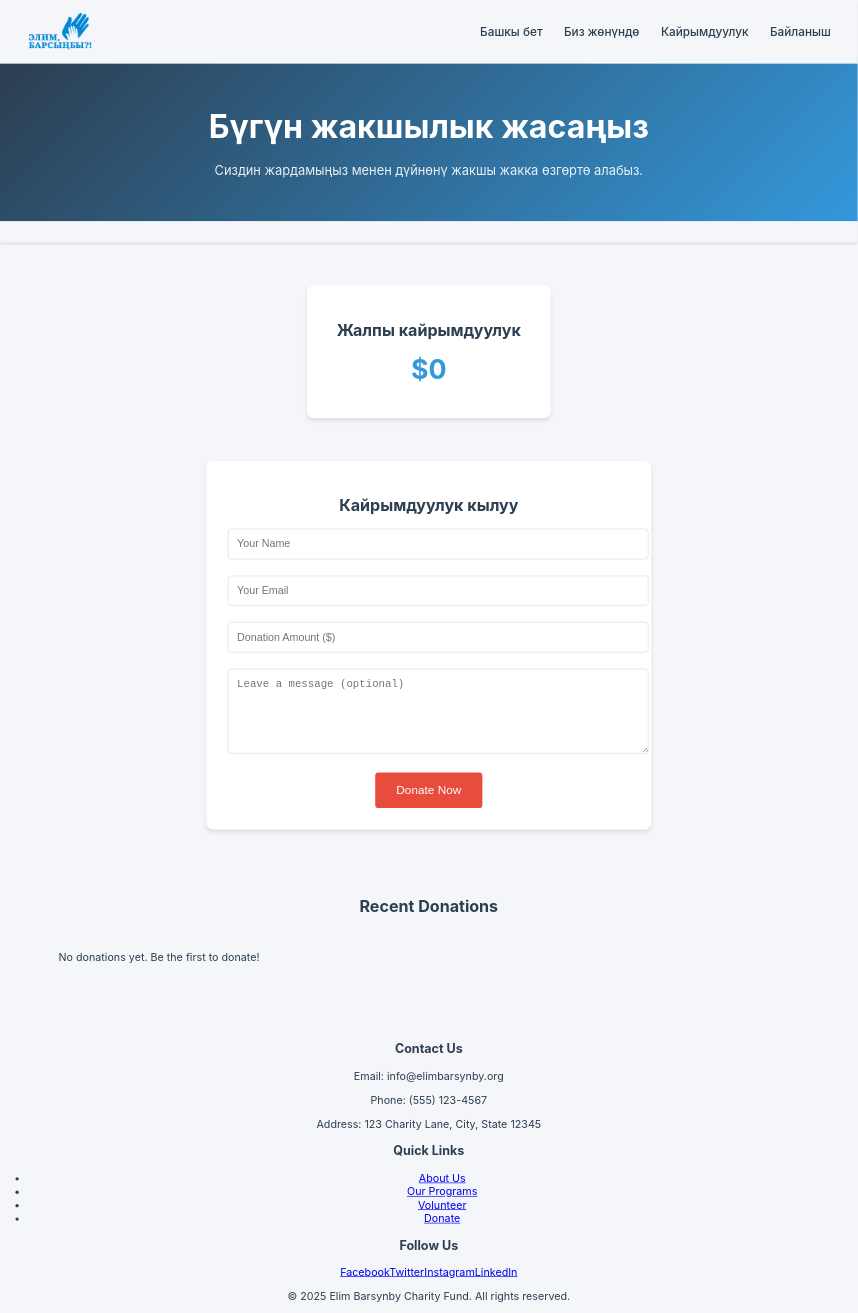
Repository: krmvz/elimbarsynby-
Page: / (app in elim-barsynby-charity/)
These files come from the project's save history. The page is drawn as it stood at one moment and after the next save; the edit follows.
The browser window is 1280 px wide. The pictures show the whole page, at 67% of full size.
The page's requests for data from a server got no answer. The project was rebuilt for these pictures with package versions that can differ from the ones it lists, and the page was loaded fresh each time. No one was signed in, and anything a server would have sent is missing.

Above is the page before, as saved 2025-06-17 18:57:56.

### elim-barsynby-charity/public/index.html
<!DOCTYPE html>
<html lang="en">
  <head>
    <meta charset="utf-8" />
    <link rel="icon" href="%PUBLIC_URL%/favicon.ico" />
    <meta name="viewport" content="width=device-width, initial-scale=1" />
    <meta name="theme-color" content="#2c3e50" />
    <meta
      name="description"
      content="Elim Barsynby Charity Fund - Making a difference in our community through your generous donations"
    />
    <link rel="apple-touch-icon" href="%PUBLIC_URL%/logo192.png" />
    <link rel="manifest" href="%PUBLIC_URL%/manifest.json" />
    <title>Elim Barsynby Charity Fund</title>
  </head>
  <body>
    <noscript>You need to enable JavaScript to run this app.</noscript>
    <div id="root"></div>
  </body>
</html>

### elim-barsynby-charity/src/App.tsx
import React, { useState, useEffect } from 'react';
import Header from './components/Header';
import Footer from './components/Footer';
import './App.css';
import './components/styles.css';

interface Donation {
  _id: string;
  donor: string;
  amount: number;
  message?: string;
  date: string;
}

function App() {
  const [donations, setDonations] = useState<Donation[]>([]);
  const [totalDonations, setTotalDonations] = useState<number>(0);
  const [formData, setFormData] = useState({
    donor: '',
    amount: '',
    message: '',
    email: ''
  });

  useEffect(() => {
    fetchDonations();
    fetchTotalDonations();
  }, []);

  const fetchDonations = async () => {
    try {
      const response = await fetch('http://localhost:5000/api/donations');
      if (!response.ok) {
        throw new Error('Failed to fetch donations');
      }
      const data = await response.json();
      setDonations(Array.isArray(data) ? data : []);
    } catch (error) {
      console.error('Error fetching donations:', error);
      setDonations([]);
    }
  };

  const fetchTotalDonations = async () => {
    try {
      const response = await fetch('http://localhost:5000/api/donations/total');
      if (!response.ok) {
        throw new Error('Failed to fetch total donations');
      }
      const data = await response.json();
      setTotalDonations(data.total || 0);
    } catch (error) {
      console.error('Error fetching total donations:', error);
      setTotalDonations(0);
    }
  };

  const handleSubmit = async (e: React.FormEvent) => {
    e.preventDefault();
    try {
      const response = await fetch('http://localhost:5000/api/donations', {
        method: 'POST',
        headers: {
          'Content-Type': 'application/json',
        },
        body: JSON.stringify(formData),
      });
      if (!response.ok) {
        throw new Error('Failed to submit donation');
      }
      setFormData({ donor: '', amount: '', message: '', email: '' });
      fetchDonations();
      fetchTotalDonations();
    } catch (error) {
      console.error('Error submitting donation:', error);
    }
  };

  const handleChange = (e: React.ChangeEvent<HTMLInputElement | HTMLTextAreaElement>) => {
    setFormData({
      ...formData,
      [e.target.name]: e.target.value
    });
  };

  return (
    <div className="App">
      <Header />

      <main className="main-content">
        <section className="donation-stats">
          <div className="stat-card">
            <h2>Жалпы кайрымдуулук</h2>
            <p className="amount">${totalDonations.toLocaleString()}</p>
          </div>
        </section>

        <section className="donation-form" id="donate">
          <h2>Кайрымдуулук кылуу</h2>
          <form onSubmit={handleSubmit}>
            <div className="form-group">
              <input
                type="text"
                name="donor"
                value={formData.donor}
                onChange={handleChange}
                placeholder="Your Name"
                required
              />
            </div>
            <div className="form-group">
              <input
                type="email"
                name="email"
                value={formData.email}
                onChange={handleChange}
                placeholder="Your Email"
                required
              />
            </div>
            <div className="form-group">
              <input
                type="number"
                name="amount"
                value={formData.amount}
                onChange={handleChange}
                placeholder="Donation Amount ($)"
                required
              />
            </div>
            <div className="form-group">
              <textarea
                name="message"
                value={formData.message}
                onChange={handleChange}
                placeholder="Leave a message (optional)"
              />
            </div>
            <button type="submit" className="donate-button">Donate Now</button>
          </form>
        </section>

        <section className="recent-donations">
          <h2>Recent Donations</h2>
          <div className="donations-list">
            {donations && donations.length > 0 ? (
              donations.map((donation) => (
                <div key={donation._id} className="donation-card">
                  <h3>{donation.donor}</h3>
                  <p className="amount">${donation.amount}</p>
                  {donation.message && <p className="message">"{donation.message}"</p>}
                  <p className="date">{new Date(donation.date).toLocaleDateString()}</p>
                </div>
              ))
            ) : (
              <p>No donations yet. Be the first to donate!</p>
            )}
          </div>
        </section>
      </main>

      <Footer />
    </div>
  );
}

export default App;

### elim-barsynby-charity/src/components/Header.tsx
import React from 'react';
import Logo from './Logo';
import './styles.css';

const Header: React.FC = () => {
  return (
    <header className="header">
      <div className="header-content">
        <div className="logo-container">
          <Logo />
        </div>
        <nav className="nav-menu">
          <a href="#home" className="nav-link">Башкы бет</a>
          <a href="#about" className="nav-link">Биз жөнүндө</a>
          <a href="#donate" className="nav-link">Кайрымдуулук</a>
          <a href="#contact" className="nav-link">Байланыш</a>
        </nav>
      </div>

      <div className="hero">
        <h1>Бүгүн жакшылык жасаңыз</h1>
        <p>Сиздин жардамыңыз менен дүйнөнү жакшы жакка өзгөртө алабыз.</p>
      </div>
    </header>
  );
};

export default Header;

### elim-barsynby-charity/src/components/Footer.tsx
import React from 'react';

const Footer: React.FC = () => {
  return (
    <footer className="footer">
      <div className="footer-content">
        <div className="footer-section">
          <h3>Contact Us</h3>
          <p>Email: info@elimbarsynby.org</p>
          <p>Phone: (555) 123-4567</p>
          <p>Address: 123 Charity Lane, City, State 12345</p>
        </div>

        <div className="footer-section">
          <h3>Quick Links</h3>
          <ul>
            <li><a href="#about">About Us</a></li>
            <li><a href="#programs">Our Programs</a></li>
            <li><a href="#volunteer">Volunteer</a></li>
            <li><a href="#donate">Donate</a></li>
          </ul>
        </div>

        <div className="footer-section">
          <h3>Follow Us</h3>
          <div className="social-links">
            <a href="https://facebook.com" target="_blank" rel="noopener noreferrer">Facebook</a>
            <a href="https://twitter.com" target="_blank" rel="noopener noreferrer">Twitter</a>
            <a href="https://instagram.com" target="_blank" rel="noopener noreferrer">Instagram</a>
            <a href="https://linkedin.com" target="_blank" rel="noopener noreferrer">LinkedIn</a>
          </div>
        </div>
      </div>

      <div className="footer-bottom">
        <p>&copy; {new Date().getFullYear()} Elim Barsynby Charity Fund. All rights reserved.</p>
      </div>
    </footer>
  );
};

export default Footer;

### elim-barsynby-charity/src/App.css
:root {
  --primary-color: #2c3e50;
  --secondary-color: #3498db;
  --accent-color: #e74c3c;
  --background-color: #f5f6fa;
  --text-color: #2c3e50;
  --card-background: #ffffff;
}

.App {
  text-align: center;
  background-color: var(--background-color);
  min-height: 100vh;
  color: var(--text-color);
  display: flex;
  flex-direction: column;
}

.main-content {
  flex: 1;
  padding: 2rem 0;
}

.hero {
  background: linear-gradient(135deg, var(--primary-color), var(--secondary-color));
  color: white;
  padding: 2rem 0 4rem;
  margin-bottom: 2rem;
}

.donation-stats {
  padding: 2rem;
  margin-bottom: 2rem;
}

.stat-card {
  background: var(--card-background);
  border-radius: 10px;
  padding: 2rem;
  box-shadow: 0 4px 6px rgba(0, 0, 0, 0.1);
  display: inline-block;
  min-width: 300px;
}

.stat-card .amount {
  font-size: 2.5rem;
  color: var(--secondary-color);
  font-weight: bold;
  margin: 1rem 0;
}

.donation-form {
  max-width: 600px;
  margin: 0 auto 3rem;
  padding: 2rem;
  background: var(--card-background);
  border-radius: 10px;
  box-shadow: 0 4px 6px rgba(0, 0, 0, 0.1);
}

.form-group {
  margin-bottom: 1.5rem;
}

input, textarea {
  width: 100%;
  padding: 0.8rem;
  border: 1px solid #ddd;
  border-radius: 5px;
  font-size: 1rem;
  transition: border-color 0.3s ease;
}

input:focus, textarea:focus {
  outline: none;
  border-color: var(--secondary-color);
}

textarea {
  min-height: 100px;
  resize: vertical;
}

.donate-button {
  background-color: var(--accent-color);
  color: white;
  border: none;
  padding: 1rem 2rem;
  font-size: 1.1rem;
  border-radius: 5px;
  cursor: pointer;
  transition: background-color 0.3s ease;
}

.donate-button:hover {
  background-color: #c0392b;
}

.recent-donations {
  padding: 2rem;
  background: var(--background-color);
}

.donations-list {
  display: grid;
  grid-template-columns: repeat(auto-fill, minmax(280px, 1fr));
  gap: 1.5rem;
  padding: 1rem;
  max-width: 1200px;
  margin: 0 auto;
}

.donation-card {
  background: var(--card-background);
  border-radius: 10px;
  padding: 1.5rem;
  box-shadow: 0 2px 4px rgba(0, 0, 0, 0.1);
  transition: transform 0.3s ease;
}

.donation-card:hover {
  transform: translateY(-5px);
}

.donation-card h3 {
  color: var(--primary-color);
  margin-bottom: 0.5rem;
}

.donation-card .amount {
  font-size: 1.5rem;
  color: var(--secondary-color);
  font-weight: bold;
  margin: 0.5rem 0;
}

.donation-card .message {
  font-style: italic;
  color: #666;
  margin: 0.5rem 0;
}

.donation-card .date {
  font-size: 0.9rem;
  color: #888;
  margin-top: 0.5rem;
}

@media (max-width: 768px) {
  .hero h1 {
    font-size: 2rem;
  }

  .hero p {
    font-size: 1rem;
  }

  .donation-form {
    margin: 1rem;
  }

  .donations-list {
    grid-template-columns: 1fr;
  }
}

### elim-barsynby-charity/src/components/styles.css
.header {
  width: 100%;
  background-color: var(--background-color);
  box-shadow: 0 2px 4px rgba(0, 0, 0, 0.1);
}

.header-content {
  max-width: 1200px;
  margin: 0 auto;
  padding: 1rem 2rem;
  display: flex;
  justify-content: space-between;
  align-items: center;
}

.logo-container {
  flex-shrink: 0;
}

.logo-container svg {
  width: 150px;
  height: auto;
}

.nav-menu {
  display: flex;
  gap: 2rem;
}

.nav-link {
  color: var(--primary-color);
  text-decoration: none;
  font-weight: 500;
  font-size: 1.1rem;
  transition: color 0.3s ease;
}

.nav-link:hover {
  color: var(--secondary-color);
}

.hero {
  text-align: center;
  padding: 4rem 2rem;
  background: linear-gradient(135deg, var(--primary-color), var(--secondary-color));
  color: white;
}

.hero h1 {
  font-size: 3rem;
  margin-bottom: 1.5rem;
}

.hero p {
  font-size: 1.2rem;
  max-width: 800px;
  margin: 0 auto;
  opacity: 0.9;
}

@media (max-width: 768px) {
  .header-content {
    flex-direction: column;
    gap: 1rem;
    padding: 1rem;
  }

  .nav-menu {
    flex-direction: column;
    align-items: center;
    gap: 1rem;
  }

  .hero {
    padding: 2rem 1rem;
  }

  .hero h1 {
    font-size: 2rem;
  }

  .hero p {
    font-size: 1rem;
  }
}

### elim-barsynby-charity/src/components/Logo.tsx
import React from 'react';
import logo from '../images/IMG_3405.PNG';

const Logo: React.FC = () => {
  return (
    <img
      src={logo}
      alt="Elim Barsynby Charity Logo"
      style={{
        width: '100px',
        height: 'auto',
        objectFit: 'contain'
      }}
    />
  );
};

export default Logo;

Loaded but not shown: elim-barsynby-charity/src/index.tsx (common file); elim-barsynby-charity/src/index.css (common file); elim-barsynby-charity/src/reportWebVitals.ts (common file)

After the next save:
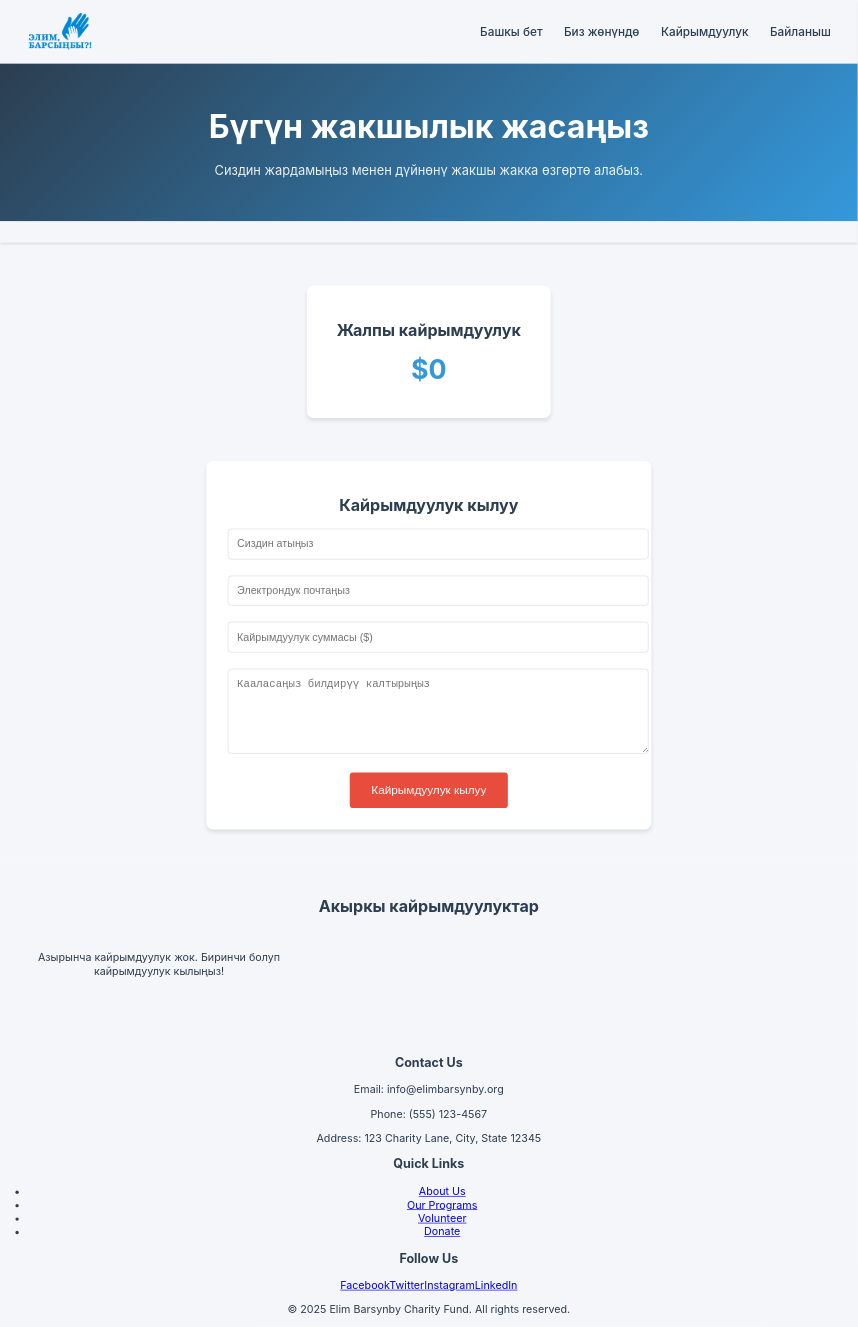
Saved 76 s later.
--- a/elim-barsynby-charity/src/App.tsx
+++ b/elim-barsynby-charity/src/App.tsx
@@ -104,7 +104,7 @@ function App() {
                 name="donor"
                 value={formData.donor}
                 onChange={handleChange}
-                placeholder="Your Name"
+                placeholder="Сиздин атыңыз"
                 required
               />
             </div>
@@ -114,7 +114,7 @@ function App() {
                 name="email"
                 value={formData.email}
                 onChange={handleChange}
-                placeholder="Your Email"
+                placeholder="Электрондук почтаңыз"
                 required
               />
             </div>
@@ -124,7 +124,7 @@ function App() {
                 name="amount"
                 value={formData.amount}
                 onChange={handleChange}
-                placeholder="Donation Amount ($)"
+                placeholder="Кайрымдуулук суммасы ($)"
                 required
               />
             </div>
@@ -133,15 +133,15 @@ function App() {
                 name="message"
                 value={formData.message}
                 onChange={handleChange}
-                placeholder="Leave a message (optional)"
+                placeholder="Кааласаңыз билдирүү калтырыңыз"
               />
             </div>
-            <button type="submit" className="donate-button">Donate Now</button>
+            <button type="submit" className="donate-button">Кайрымдуулук кылуу</button>
           </form>
         </section>
 
         <section className="recent-donations">
-          <h2>Recent Donations</h2>
+          <h2>Акыркы кайрымдуулуктар</h2>
           <div className="donations-list">
             {donations && donations.length > 0 ? (
               donations.map((donation) => (
@@ -153,7 +153,7 @@ function App() {
                 </div>
               ))
             ) : (
-              <p>No donations yet. Be the first to donate!</p>
+              <p>Азырынча кайрымдуулук жок. Биринчи болуп кайрымдуулук кылыңыз!</p>
             )}
           </div>
         </section>
